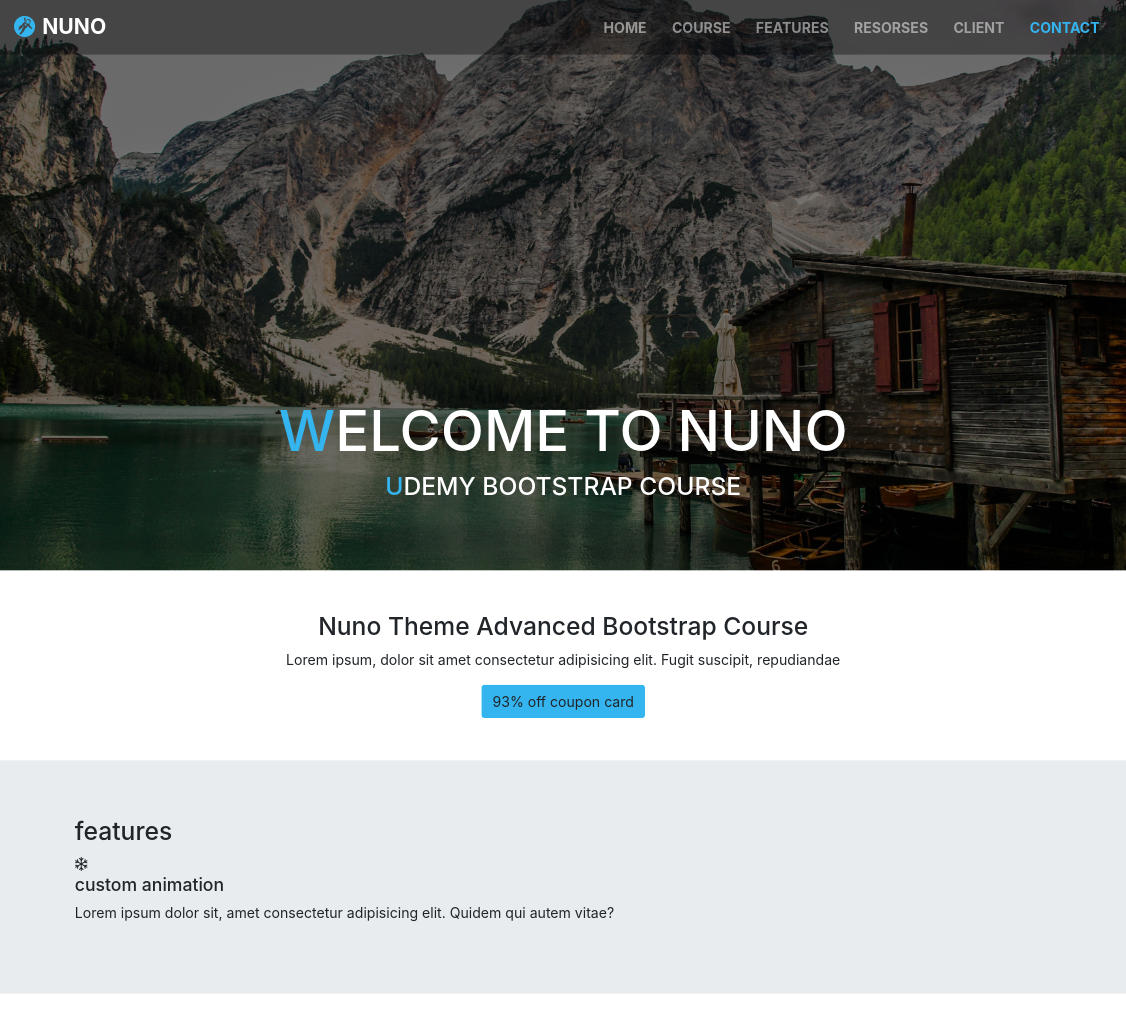
Repository: Mietlicha/bootstrap_template_exercise
Page: index.html
These files come from the project's save history. The page is drawn as it stood at one moment and after the next save; the edit follows.
The browser window is 1280 px wide. The pictures show the whole page, at 88% of full size.

Above is the page before, as saved 2019-11-19 20:01:59.

After the next save:
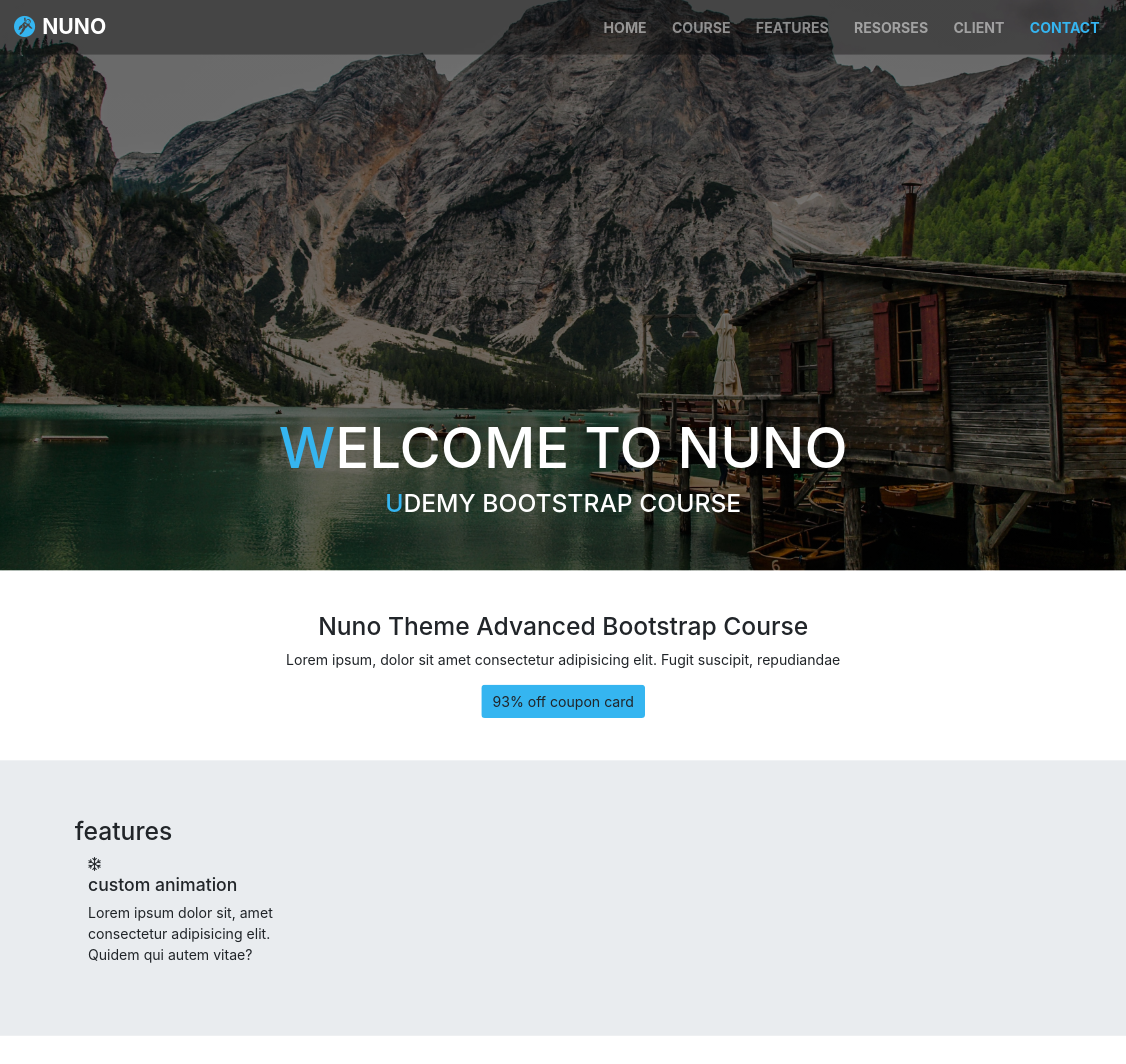
Saved 26 s later.
--- a/index.html
+++ b/index.html
@@ -67,7 +67,7 @@
             <div class="jumbotron jumbotron-fluid">
                     <div class="container">
                      <header><h3>features</h3></header>
-                     <div class="feature-item">
+                     <div class="feature-item col-md-3">
                         <i class="fa fa-snowflake-o" aria-hidden="true"></i>
                          <h5>custom animation</h5>
                          <p>Lorem ipsum dolor sit, amet consectetur adipisicing elit. Quidem qui autem vitae?</p>
